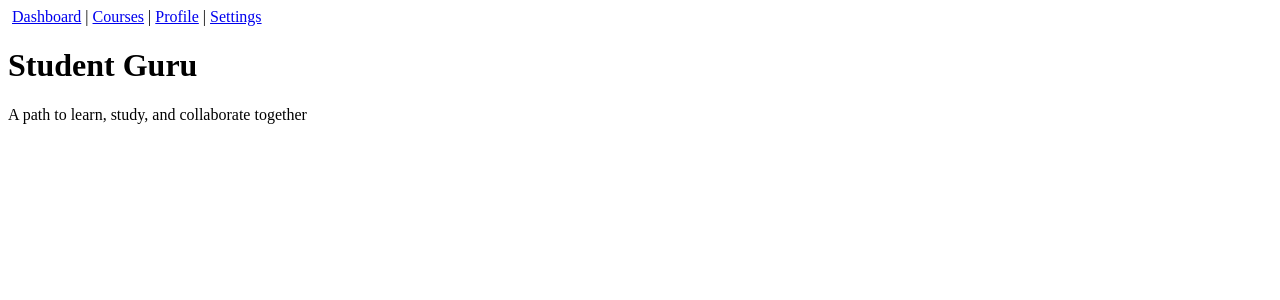
Repository: Priyadharshini-J-CSE/Intership-2025-december
Page: dashboard.html
These files come from the project's save history. The page is drawn as it stood at one moment and after the next save; the edit follows.
The browser window is 1280 px wide. The pictures show the whole page.

Above is the page before, as saved 2025-12-01 14:20:34.

After the next save:
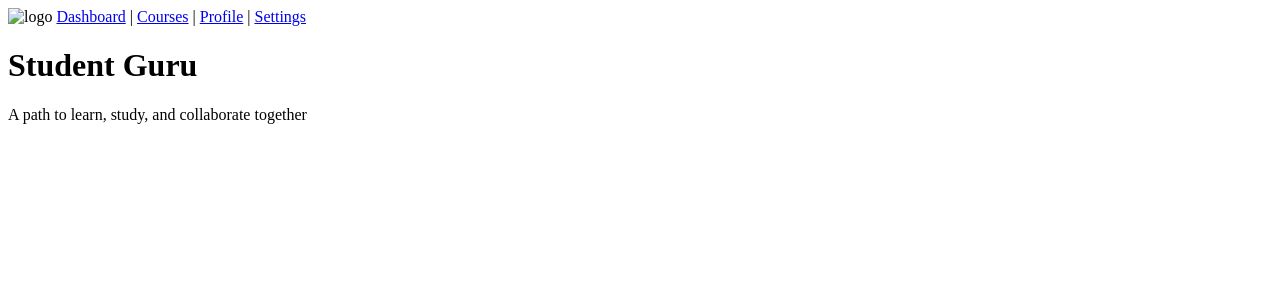
Saved 4 s later.
--- a/dashboard.html
+++ b/dashboard.html
@@ -6,7 +6,7 @@
     <title>Student Guru</title>
 </head>
 <nav>
-    <img src="" alt="">
+    <img src="" alt="logo">
     <a href="dashboard.html">Dashboard</a> |
     <a href="courses.html">Courses</a> |
     <a href="profile.html">Profile</a> |
